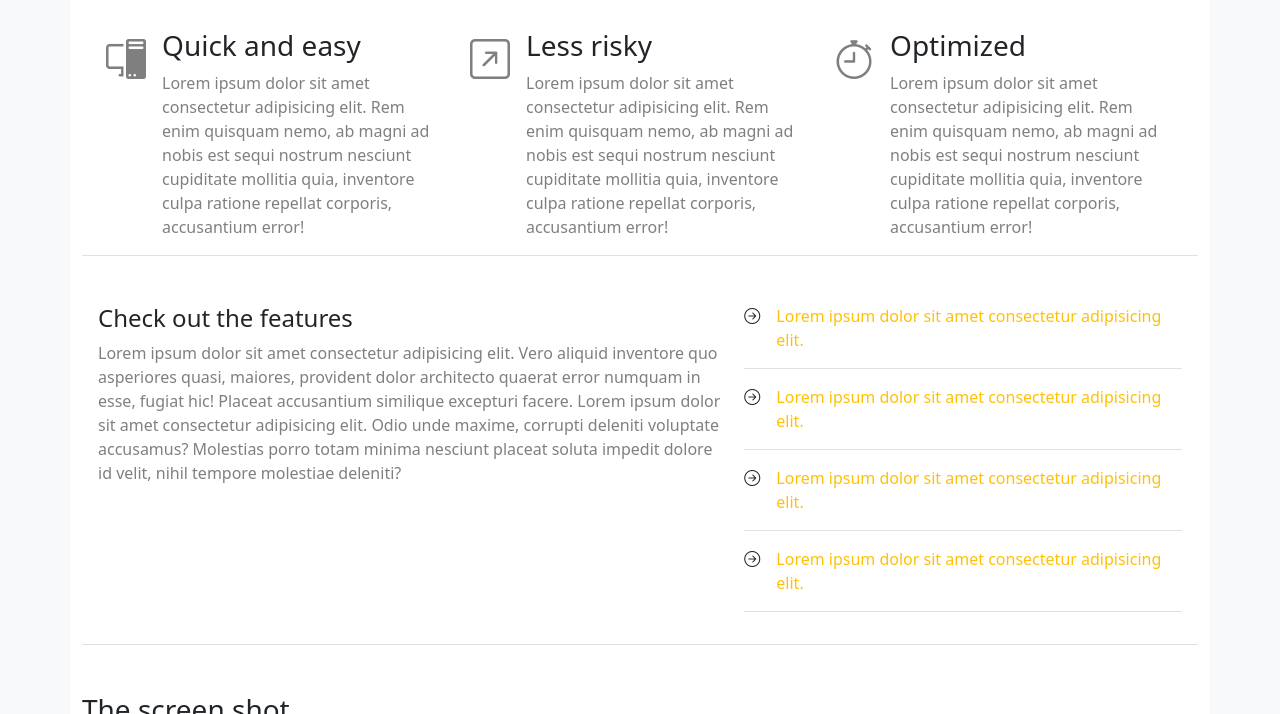
Repository: lyvandat/dh---bootstrap1
Page: index.html
These files come from the project's save history. The page is drawn as it stood at one moment and after the next save; the edit follows.
The browser window is 1280 px wide. The pictures show the part of the page from y = 545 to 1259 px (the page is 1470 px tall).
A picture or video elsewhere on the page could not be fetched, so the positions and the page height are approximate. Some web libraries are served in a nearby version.

Above is the page before, as saved 2022-11-01 21:02:02.

### index.html
<!DOCTYPE html>
<html lang="en">
  <head>
    <!-- Required meta tags -->
    <meta charset="utf-8" />
    <meta name="viewport" content="width=device-width, initial-scale=1" />

    <!-- Bootstrap CSS -->
    <link
      href="https://cdn.jsdelivr.net/npm/bootstrap@5.0.2/dist/css/bootstrap.min.css"
      rel="stylesheet"
      integrity="sha384-EVSTQN3/azprG1Anm3QDgpJLIm9Nao0Yz1ztcQTwFspd3yD65VohhpuuCOmLASjC"
      crossorigin="anonymous"
    />
    <link
      rel="stylesheet"
      href="https://cdn.jsdelivr.net/npm/bootstrap-icons@1.9.1/font/bootstrap-icons.css"
    />
    <link rel="stylesheet" href="./default.css">
    <title>Hello, world!</title>
  </head>
  <body class="bg-light">
    <div class="container bg-white">
      <section
        class="container align-items-center bg-white border-bottom border-gray py-4"
      >
        <div class="row px-0">
          <div class="col-2 d-inline-flex">
            <i class="bi bi-activity fs-3"></i>
            <h2>Target</h2>
          </div>
          <div class="col-6 d-flex align-items-center">
            <div class="text-gray font-style-italic text-black-50">
              Premium landing page templates
            </div>
          </div>
          <div class="col-3 d-flex align-items-center">
            <h3 class="fs-5">Call Now!: 1-800-123-456</h3>
          </div>
        </div>
      </section>

      <!-- intro -->
      <div class="border-bottom border-gray">
      <section class="px-3 row mt-5 d-flex align-items-stretch border-bottom border-gray pb-5">
        <div class="col-6 d-flex flex-column justify-content-between">
          <h2>The perfect way to convert your traffic into sales</h2>
          <article class="text-black-50">
            Lorem ipsum dolor sit amet consectetur adipisicing elit. Incidunt
            voluptatibus non itaque, ut aperiam necessitatibus rem impedit
            cupiditate. Eius perferendis ipsam impedit deserunt repellat
            reiciendis, error ducimus eum ratione iusto.
            <br></br>
            cupiditate. Eius perferendis ipsam impedit deserunt repellat
            reiciendis, error ducimus eum ratione iusto.
          </article>
          <div class="d-flex justify-content-center align-items-center mt-4">
            <button
              class="btn rounded-pill bg-warning bg-gradient border border-black fs-3"
            >
              Purchase now
            </button>
            <span class="d-block mx-4 fw-bold fs-6">Or</span>
            <button
              class="btn rounded-pill bg-light bg-gradient border border-black fs-3"
            >
              Take a tour
            </button>
          </div>
        </div>
        <div class="col-6">
          <img
            class="mw-100 img"
            src="https://images.unsplash.com/photo-1448375240586-882707db888b?ixlib=rb-4.0.3&ixid=MnwxMjA3fDB8MHxwaG90by1wYWdlfHx8fGVufDB8fHx8&auto=format&fit=crop&w=1170&q=80"
          />
        </div>
      </section>
    </div>

      <div class="border-bottom border-gray">
      <section class="px-4 row text-black-50 mt-5">
        <div class="col-4 d-flex align-items-start">
          <i class="bi bi-pc-display fs-1"></i>
          <div class="ms-3">
            <h3 class="text-dark">Quick and easy</h3>
            <p class="fw-medium">Lorem ipsum dolor sit amet consectetur adipisicing elit. Rem enim quisquam nemo, ab magni ad nobis est sequi nostrum nesciunt cupiditate mollitia quia, inventore culpa ratione repellat corporis, accusantium error!</p>
          </div>
        </div>
        <div class="col-4 d-flex align-items-start">
          <i class="bi bi-arrow-up-right-square fs-1"></i>
          <div class="ms-3">
            <h3 class="text-dark">Less risky</h3>
            <p class="fw-medium">Lorem ipsum dolor sit amet consectetur adipisicing elit. Rem enim quisquam nemo, ab magni ad nobis est sequi nostrum nesciunt cupiditate mollitia quia, inventore culpa ratione repellat corporis, accusantium error!</p>
          </div>
        </div>
        <div class="col-4 d-flex align-items-start ">
          <i class="bi bi-stopwatch fs-1"></i>
          <div class="ms-3">
            <h3 class="text-dark">Optimized</h3>
            <p class="fw-medium">Lorem ipsum dolor sit amet consectetur adipisicing elit. Rem enim quisquam nemo, ab magni ad nobis est sequi nostrum nesciunt cupiditate mollitia quia, inventore culpa ratione repellat corporis, accusantium error!</p>
          </div>
        </div>
      </section>
    </div>
    <div class="border-bottom border-gray mt-5">
      <section class="row px-3 ">
        <div class="col-7"><h4>Check out the features</h4><p class="text-black-50 fw-medium">Lorem ipsum dolor sit amet consectetur adipisicing elit. Vero aliquid inventore quo asperiores quasi, maiores, provident dolor architecto quaerat error numquam in esse, fugiat hic! Placeat accusantium similique excepturi facere. Lorem ipsum dolor sit amet consectetur adipisicing elit. Odio unde maxime, corrupti deleniti voluptate accusamus? Molestias porro totam minima nesciunt placeat soluta impedit dolore id velit, nihil tempore molestiae deleniti?</p></div>
        <ul class="col-5">
          <li class="fs-6 d-flex border-bottom border-gray mb-3">
            <i class="bi bi-arrow-right-circle"></i>
            <p class="text-warning ms-3">Lorem ipsum dolor sit amet consectetur adipisicing elit.</p>
          </li>
          <li class="fs-6 d-flex border-bottom border-gray mb-3">
            <i class="bi bi-arrow-right-circle"></i>
            <p class="text-warning ms-3">Lorem ipsum dolor sit amet consectetur adipisicing elit.</p>
          </li>
          <li class="fs-6 d-flex border-bottom border-gray mb-3">
            <i class="bi bi-arrow-right-circle"></i>
            <p class="text-warning ms-3">Lorem ipsum dolor sit amet consectetur adipisicing elit.</p>
          </li>
          <li class="fs-6 d-flex border-bottom border-gray mb-3">
            <i class="bi bi-arrow-right-circle"></i>
            <p class="text-warning ms-3">Lorem ipsum dolor sit amet consectetur adipisicing elit.</p>
          </li>
        </ul>
      </section>
    </div>

    <div class="border-bottom border-gray mt-5">
      <h3>The screen shot</h3>
      <section class="row px-3">
        <div class="col-3">
          <img
            class="mw-100 img"
            src="https://images.unsplash.com/photo-1448375240586-882707db888b?ixlib=rb-4.0.3&ixid=MnwxMjA3fDB8MHxwaG90by1wYWdlfHx8fGVufDB8fHx8&auto=format&fit=crop&w=1170&q=80"
          />
        </div>
        <div class="col-3">
          <img
            class="mw-100 img"
            src="https://images.unsplash.com/photo-1448375240586-882707db888b?ixlib=rb-4.0.3&ixid=MnwxMjA3fDB8MHxwaG90by1wYWdlfHx8fGVufDB8fHx8&auto=format&fit=crop&w=1170&q=80"
          />
        </div>
        <div class="col-3">
          <img
            class="mw-100 img"
            src="https://images.unsplash.com/photo-1448375240586-882707db888b?ixlib=rb-4.0.3&ixid=MnwxMjA3fDB8MHxwaG90by1wYWdlfHx8fGVufDB8fHx8&auto=format&fit=crop&w=1170&q=80"
          />
        </div>
        <div class="col-3">
          <img
            class="mw-100 img"
            src="https://images.unsplash.com/photo-1448375240586-882707db888b?ixlib=rb-4.0.3&ixid=MnwxMjA3fDB8MHxwaG90by1wYWdlfHx8fGVufDB8fHx8&auto=format&fit=crop&w=1170&q=80"
          />
        </div>
      </section>
    </div>
    </div>



    <!-- Option 1: Bootstrap Bundle with Popper -->
    <script
      src="https://cdn.jsdelivr.net/npm/bootstrap@5.0.2/dist/js/bootstrap.bundle.min.js"
      integrity="sha384-MrcW6ZMFYlzcLA8Nl+NtUVF0sA7MsXsP1UyJoMp4YLEuNSfAP+JcXn/tWtIaxVXM"
      crossorigin="anonymous"
    ></script>
  </body>
</html>

Loaded but not shown: default.css (empty)

After the next save:
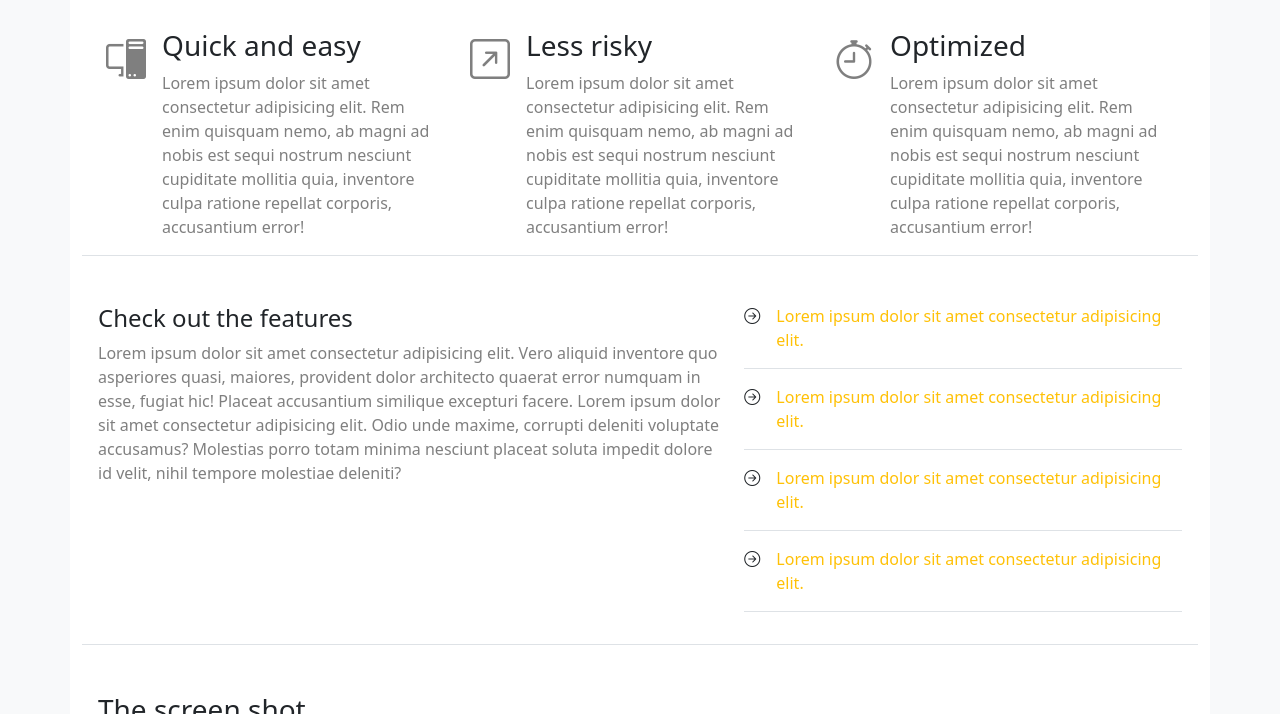
Saved 5 s later.
--- a/index.html
+++ b/index.html
@@ -127,7 +127,7 @@
     </div>
 
     <div class="border-bottom border-gray mt-5">
-      <h3>The screen shot</h3>
+      <h3 class="px-3">The screen shot</h3>
       <section class="row px-3">
         <div class="col-3">
           <img
